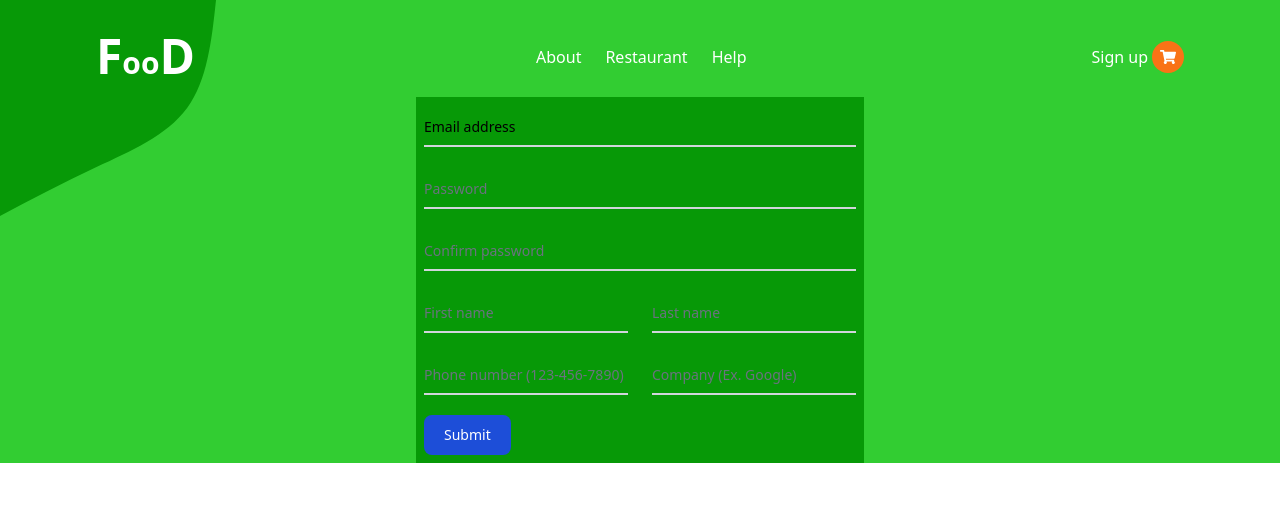
Repository: KhushiCode14/FoodWeb
Page: /signUp (app in frontend/)
An editor plug-in stored every save of this project. The page is shown before and after the next save, followed by the edit.
The browser window is 1280 px wide. The pictures show the whole page.
The project was rebuilt for these pictures with package versions that can differ from the ones it lists, and the page was loaded fresh each time. Also part of the build but not shown: frontend/src/Pages/Home.tsx, frontend/src/components/Home/SignIn.tsx, frontend/src/components/Home/Cart.tsx.

Above is the page before, as saved 2024-09-20 20:01:18.

### frontend/src/index.css
@tailwind base;
@tailwind components;
@tailwind utilities;

.bgBack{
  background-image: url(../src/components/images/background.svg);
}
.bgSignUp{
  background-image:url(../src/components/images/signUpBg.jpeg);
}

### frontend/src/App.tsx
import { Route, BrowserRouter as Router, Routes, } from 'react-router-dom';
import './App.css';
import Navbar from './Pages/Navbar';
import Home from './Pages/Home';
import SignUp from './components/Home/SignUp';
import SignIn from './components/Home/SignIn';
import Cart from './components/Home/Cart';

function App() {
  return (
    <div className="App bgBack m-0 px-20 pt-2 max-sm:px-3 max-sm:pt-1">
      <Router>
        <Navbar />
        <Routes>
          <Route path="/" element={<Home />} />
          <Route path="/signUp" element={<SignUp />} />
          {/* Sign Up: This action is for new users who want to create an account. */}
          <Route path="/signIn" element={<SignIn />} />
          {/* Sign In: This action is for users who already have an account */}
          <Route path="/cart" element={<Cart />} />
          {/* <Route  path="/about" element={About} />
        <Route  path="/contact" element={Contact} /> */}
        </Routes>
      </Router>

    </div>
  );
}

export default App;

### frontend/src/Pages/Navbar.tsx
import { NavLink, Link } from "react-router-dom";
import { FaShoppingCart, FaCartPlus } from "react-icons/fa";
import { useState } from "react";
import { IoReorderThreeOutline } from "react-icons/io5";

interface Nav {
  to: string;
  linkName: string;
}

const Navbar: React.FC = () => {
  const [sign, setSign] = useState<string>('Sign up');
  const [menu, setMenu] = useState<boolean>(false);
  const [cart, setCart] = useState<JSX.Element>(<FaShoppingCart />);

  const navLinks: Nav[] = [
    { to: "/about", linkName: "About" },
    { to: "/", linkName: "Restaurant" },
    { to: "/help", linkName: "Help" },
  ];

  const handleSignToggle = () => {
    setSign((prev) => (prev === 'Sign up' ? 'Sign in' : 'Sign up'));
  };

  const handleCartToggle = () => {
    setCart((prevCart) =>
      prevCart.type === FaShoppingCart ? <FaCartPlus /> : <FaShoppingCart />
    );
  };

  return (
    <div className="mt-2 flex justify-between items-center text-white  p-4">
      <div className="font-bold text-3xl">
        <Link to="/">
          <span className="text-5xl">F</span>oo<span className="text-5xl">D</span>
        </Link>
      </div>

      {/* Desktop Menu */}
      <div className="hidden md:flex">
        {navLinks.map((link, index) => (
          <Link key={index} to={link.to} className="mx-3 hover:text-gray-400">
            {link.linkName}
          </Link>
        ))}
      </div>

      {/* Mobile Menu Button */}
      <div className="flex items-center relative">
        <button className="hidden md:block">
          <NavLink to="/signUp" onClick={handleSignToggle} className="m-1">
            {sign}
          </NavLink>
        </button>

        <div onClick={handleCartToggle} className="bg-orange-500 p-2 rounded-full cursor-pointer">
         <Link to="/cart"> {cart}</Link>
        </div>

        <div className="md:hidden flex items-center ml-3">
          <IoReorderThreeOutline onClick={() => setMenu(!menu)} className="text-2xl cursor-pointer" />
        </div>
      </div>

      {/* Mobile Dropdown Menu */}
      {menu && (
        <div className="md:hidden mt-2 absolute right-0 w-40 bg-orange-500  p-2 rounded-lg z-10 top-20">
          <ul className="flex flex-col">
            {navLinks.map((link, index) => (
              <li key={index} className="my-1">
                <Link to={link.to} className="block px-4 py-2 text-white text-1xl  hover:bg-orange-800 rounded">
                  {link.linkName}
                </Link>
              </li>
            ))}
          </ul>
        </div>
      )}
    </div>
  );
};

export default Navbar;

### frontend/src/components/Home/SignUp.tsx
import React, { useState } from 'react';

const FormComponent: React.FC = () => {
  const [formData, setFormData] = useState({
    email: '',
    password: '',
    repeatPassword: '',
    firstName: '',
    lastName: '',
    phone: '',
    company: ''
  });

  const handleChange = (e: React.ChangeEvent<HTMLInputElement>) => {
    setFormData({ ...formData, [e.target.name]: e.target.value });
  };

  const handleSubmit = (e: React.FormEvent) => {
    e.preventDefault();
    console.log(formData);
    // Add form submission logic here
  };

  return (
    <form className="max-w-md mx-auto bg-[#079907] p-2 " onSubmit={handleSubmit} >
      <div className="relative z-0 w-full mb-5 group ">
        <input
          type="email"
          name="email"
          id="floating_email"
          className="block py-2.5 px-0 w-full text-sm text-black bg-transparent border-0 border-b-2 border-gray-300 appearance-none dark:text-white dark:border-gray-600 dark:focus:border-blue-500 focus:outline-none focus:ring-0 focus:border-blue-600 peer"
          placeholder=" "
          value={formData.email}
          onChange={handleChange}
          required
        />
        <label
          htmlFor="floating_email"
          className="peer-focus:font-medium absolute text-sm text-black  dark:text-gray-900 duration-300 transform -translate-y-6 scale-75 top-3 -z-10 origin-[0] peer-focus:start-0 rtl:peer-focus:translate-x-1/4 peer-focus:text-blue-600 peer-focus:dark:text-blue-500 peer-placeholder-shown:scale-100 peer-placeholder-shown:translate-y-0 peer-focus:scale-75 peer-focus:-translate-y-6"
        >
          Email address
        </label>
      </div>

      <div className="relative z-0 w-full mb-5 group">
        <input
          type="password"
          name="password"
          id="floating_password"
          className="block py-2.5 px-0 w-full text-sm text-gray-900 bg-transparent border-0 border-b-2 border-gray-300 appearance-none dark:text-gray-900  dark:border-gray-600 dark:focus:border-blue-500 focus:outline-none focus:ring-0 focus:border-blue-600 peer"
          placeholder=" "
          value={formData.password}
          onChange={handleChange}
          required
        />
        <label
          htmlFor="floating_password"
          className="peer-focus:font-medium absolute text-sm text-gray-500 dark:text-gray-900 duration-300 transform -translate-y-6 scale-75 top-3 -z-10 origin-[0] peer-focus:start-0 rtl:peer-focus:translate-x-1/4 peer-focus:text-blue-600 peer-focus:dark:text-blue-500 peer-placeholder-shown:scale-100 peer-placeholder-shown:translate-y-0 peer-focus:scale-75 peer-focus:-translate-y-6"
        >
          Password
        </label>
      </div>

      <div className="relative z-0 w-full mb-5 group">
        <input
          type="password"
          name="repeatPassword"
          id="floating_repeat_password"
          className="block py-2.5 px-0 w-full text-sm text-gray-900 bg-transparent border-0 border-b-2 border-gray-300 appearance-none dark:text-gray-900  dark:border-gray-600 dark:focus:border-blue-500 focus:outline-none focus:ring-0 focus:border-blue-600 peer"
          placeholder=" "
          value={formData.repeatPassword}
          onChange={handleChange}
          required
        />
        <label
          htmlFor="floating_repeat_password"
          className="peer-focus:font-medium absolute text-sm text-gray-500 dark:text-gray-900  duration-300 transform -translate-y-6 scale-75 top-3 -z-10 origin-[0] peer-focus:start-0 rtl:peer-focus:translate-x-1/4 peer-focus:text-blue-600 peer-focus:dark:text-blue-500 peer-placeholder-shown:scale-100 peer-placeholder-shown:translate-y-0 peer-focus:scale-75 peer-focus:-translate-y-6"
        >
          Confirm password
        </label>
      </div>

      <div className="grid md:grid-cols-2 md:gap-6">
        <div className="relative z-0 w-full mb-5 group">
          <input
            type="text"
            name="firstName"
            id="floating_first_name"
            className="block py-2.5 px-0 w-full text-sm text-gray-900 bg-transparent border-0 border-b-2 border-gray-300 appearance-none dark:text-gray-900  dark:border-gray-600 dark:focus:border-blue-500 focus:outline-none focus:ring-0 focus:border-blue-600 peer"
            placeholder=" "
            value={formData.firstName}
            onChange={handleChange}
            required
          />
          <label
            htmlFor="floating_first_name"
            className="peer-focus:font-medium absolute text-sm text-gray-500 dark:text-gray-900 duration-300 transform -translate-y-6 scale-75 top-3 -z-10 origin-[0] peer-focus:start-0 rtl:peer-focus:translate-x-1/4 peer-focus:text-blue-600 peer-focus:dark:text-blue-500 peer-placeholder-shown:scale-100 peer-placeholder-shown:translate-y-0 peer-focus:scale-75 peer-focus:-translate-y-6"
          >
            First name
          </label>
        </div>

        <div className="relative z-0 w-full mb-5 group">
          <input
            type="text"
            name="lastName"
            id="floating_last_name"
            className="block py-2.5 px-0 w-full text-sm text-gray-900 bg-transparent border-0 border-b-2 border-gray-300 appearance-none dark:text-gray-900  dark:border-gray-600 dark:focus:border-blue-500 focus:outline-none focus:ring-0 focus:border-blue-600 peer"
            placeholder=" "
            value={formData.lastName}
            onChange={handleChange}
            required
          />
          <label
            htmlFor="floating_last_name"
            className="peer-focus:font-medium absolute text-sm text-gray-500 dark:text-gray-900 duration-300 transform -translate-y-6 scale-75 top-3 -z-10 origin-[0] peer-focus:start-0 rtl:peer-focus:translate-x-1/4 peer-focus:text-blue-600 peer-focus:dark:text-blue-500 peer-placeholder-shown:scale-100 peer-placeholder-shown:translate-y-0 peer-focus:scale-75 peer-focus:-translate-y-6"
          >
            Last name
          </label>
        </div>
      </div>

      <div className="grid md:grid-cols-2 md:gap-6">
        <div className="relative z-0 w-full mb-5 group">
          <input
            type="tel"
            pattern="[0-9]{3}-[0-9]{3}-[0-9]{4}"
            name="phone"
            id="floating_phone"
            className="block py-2.5 px-0 w-full text-sm text-gray-900 bg-transparent border-0 border-b-2 border-gray-300 appearance-none dark:text-white dark:border-gray-600 dark:focus:border-blue-500 focus:outline-none focus:ring-0 focus:border-blue-600 peer"
            placeholder=" "
            value={formData.phone}
            onChange={handleChange}
            required
          />
          <label
            htmlFor="floating_phone"
            className="peer-focus:font-medium absolute text-sm text-gray-500 dark:text-gray-900  duration-300 transform -translate-y-6 scale-75 top-3 -z-10 origin-[0] peer-focus:start-0 rtl:peer-focus:translate-x-1/4 peer-focus:text-blue-600 peer-focus:dark:text-blue-500 peer-placeholder-shown:scale-100 peer-placeholder-shown:translate-y-0 peer-focus:scale-75 peer-focus:-translate-y-6"
          >
            Phone number (123-456-7890)
          </label>
        </div>

        <div className="relative z-0 w-full mb-5 group">
          <input
            type="text"
            name="company"
            id="floating_company"
            className="block py-2.5 px-0 w-full text-sm text-gray-900 bg-transparent border-0 border-b-2 border-gray-300 appearance-none dark:text-gray-900  dark:border-gray-600 dark:focus:border-blue-500 focus:outline-none focus:ring-0 focus:border-blue-600 peer"
            placeholder=" "
            value={formData.company}
            onChange={handleChange}
            required
          />
          <label
            htmlFor="floating_company"
            className="peer-focus:font-medium absolute text-sm text-gray-500 dark:text-gray-900 duration-300 transform -translate-y-6 scale-75 top-3 -z-10 origin-[0] peer-focus:start-0 rtl:peer-focus:translate-x-1/4 peer-focus:text-blue-600 peer-focus:dark:text-blue-500 peer-placeholder-shown:scale-100 peer-placeholder-shown:translate-y-0 peer-focus:scale-75 peer-focus:-translate-y-6"
          >
            Company (Ex. Google)
          </label>
        </div>
      </div>

      <button
        type="submit"
        className="text-white bg-blue-700 hover:bg-blue-800 focus:ring-4 focus:outline-none focus:ring-blue-300 font-medium rounded-lg text-sm w-full sm:w-auto px-5 py-2.5 text-center dark:bg-blue-600 dark:hover:bg-blue-700 dark:focus:ring-blue-800"
      >
        Submit
      </button>
    </form>
  );
};

export default FormComponent;

### frontend/tailwind.config.js
/** @type {import('tailwindcss').Config} */
module.exports = {
  content: [
    "./src/**/*.{js,jsx,ts,tsx}",
  ],
  theme: {
    extend: {
      fontFamily: {
        'cursive': ['Pacifico', 'cursive']
      }
    },
  },
  plugins: [],
}

Loaded but not shown: frontend/public/index.html (common file); frontend/src/index.tsx (common file); frontend/src/reportWebVitals.ts (common file); frontend/src/App.css (no stored copy; drawn as an empty file)

After the next save:
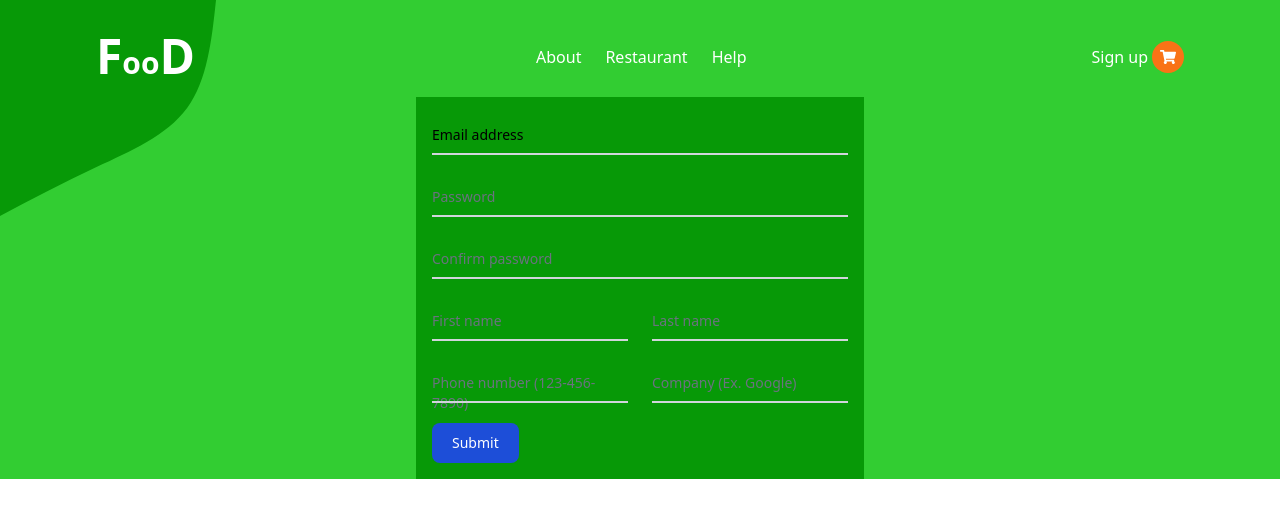
Saved 8 s later.
--- a/frontend/src/components/Home/SignUp.tsx
+++ b/frontend/src/components/Home/SignUp.tsx
@@ -22,7 +22,7 @@ const FormComponent: React.FC = () => {
   };
 
   return (
-    <form className="max-w-md mx-auto bg-[#079907] p-2 " onSubmit={handleSubmit} >
+    <form className="max-w-md mx-auto bg-[#079907] p-4 " onSubmit={handleSubmit} >
       <div className="relative z-0 w-full mb-5 group ">
         <input
           type="email"
